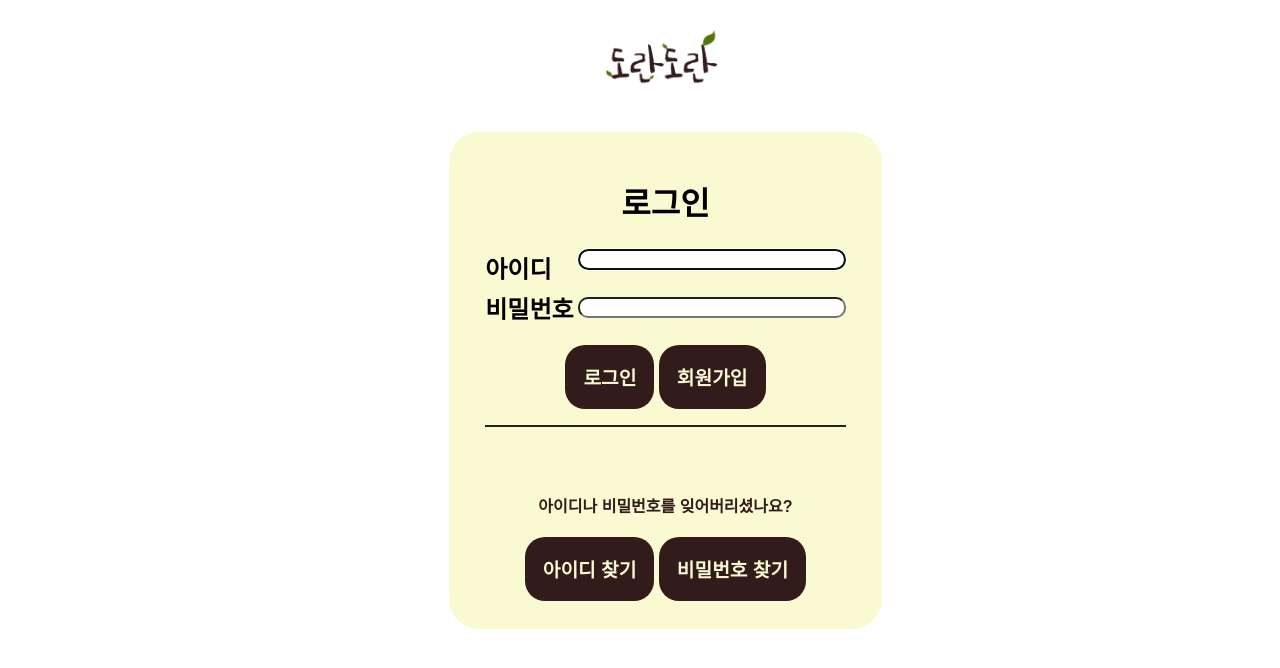
Repository: juhyun110701/DORANDORAN
Page: http://localhost/dorandoran/login.jsp
The author's editor kept a copy of each file at every save. The page is drawn from the files as they stood at one save, then again after the next save.
The browser window is 1280 px wide. The pictures show the whole page.
Some web fonts or font styles are not loaded; a fallback is used. The page is served by Tomcat 9. Nobody is signed in. The application's start-up code is not run.

Above is the page before, as saved 2019-07-19 11:26:00.

After the next save:
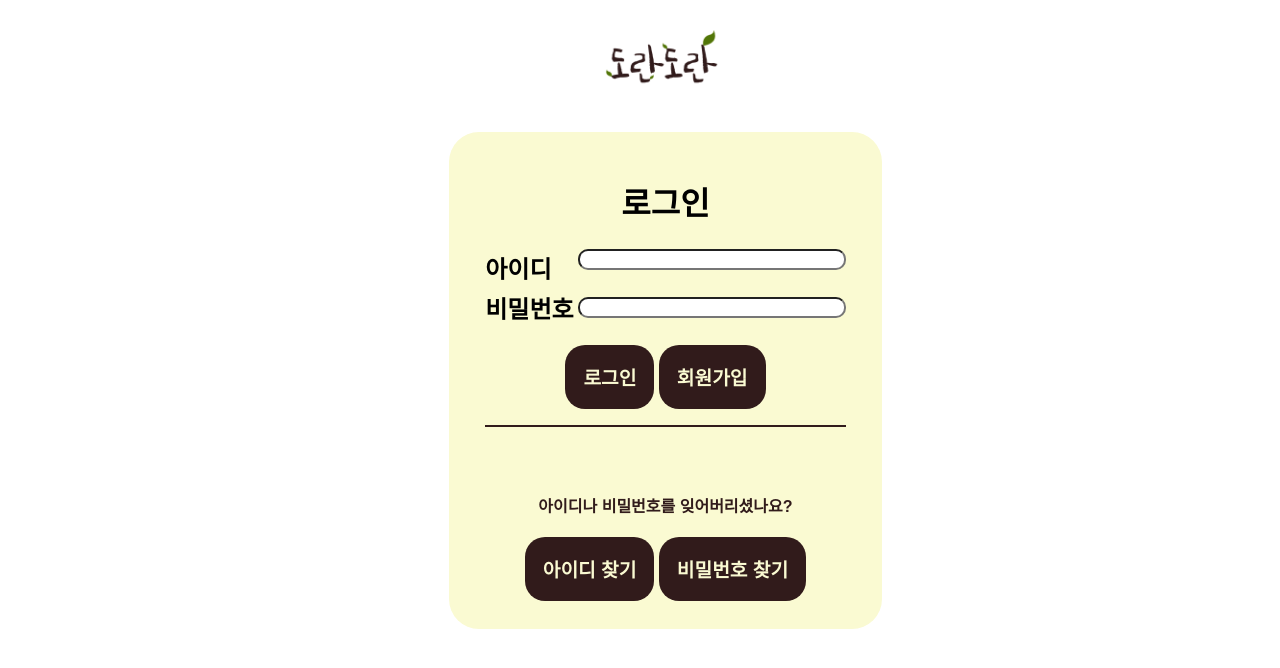
Saved 12 s later.
--- a/dorandoran/WebContent/css/login.css
+++ b/dorandoran/WebContent/css/login.css
@@ -26,6 +26,7 @@ a{
 
 .text{
 	border-radius:10px;
+	outline:0;
 }
 
 .btn{
